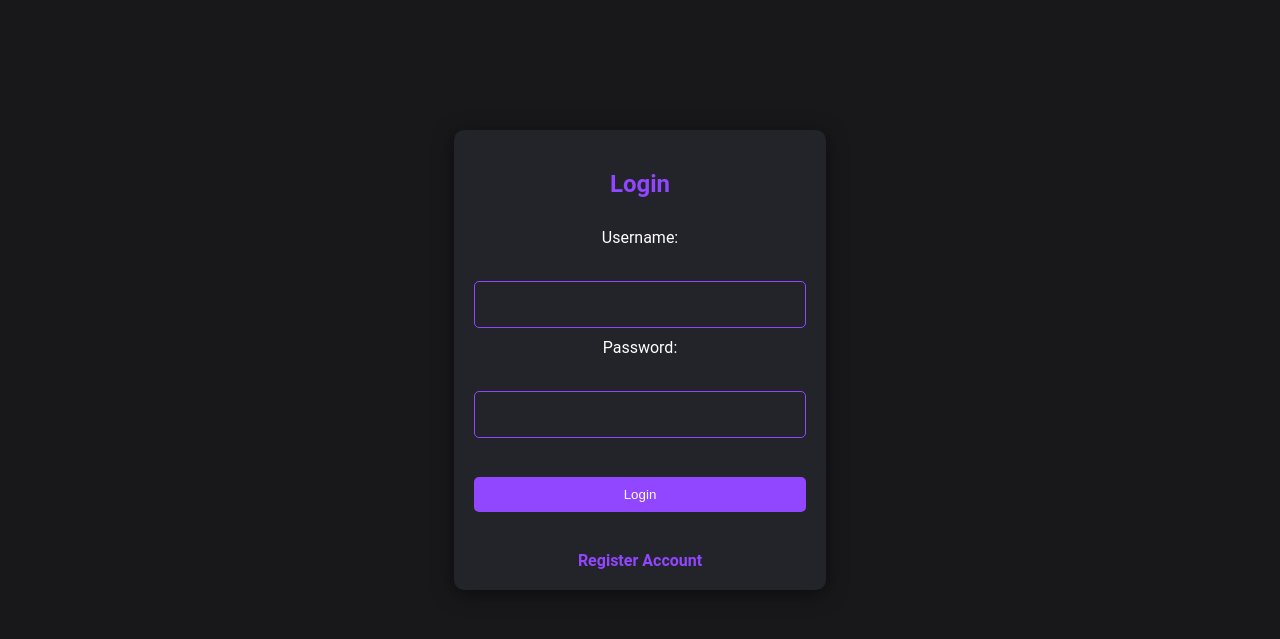
Repository: wolvicjohn/argon2
Page: http://localhost/login.php
An editor plug-in stored every save of this project. The page is shown before and after the next save, followed by the edit.
The browser window is 1280 px wide. The pictures show the whole page.
The page is run by PHP 8.4 with error messages shown; the project is at /var/www/html/.

Above is the page before, as saved 2024-10-18 02:35:21.

After the next save:
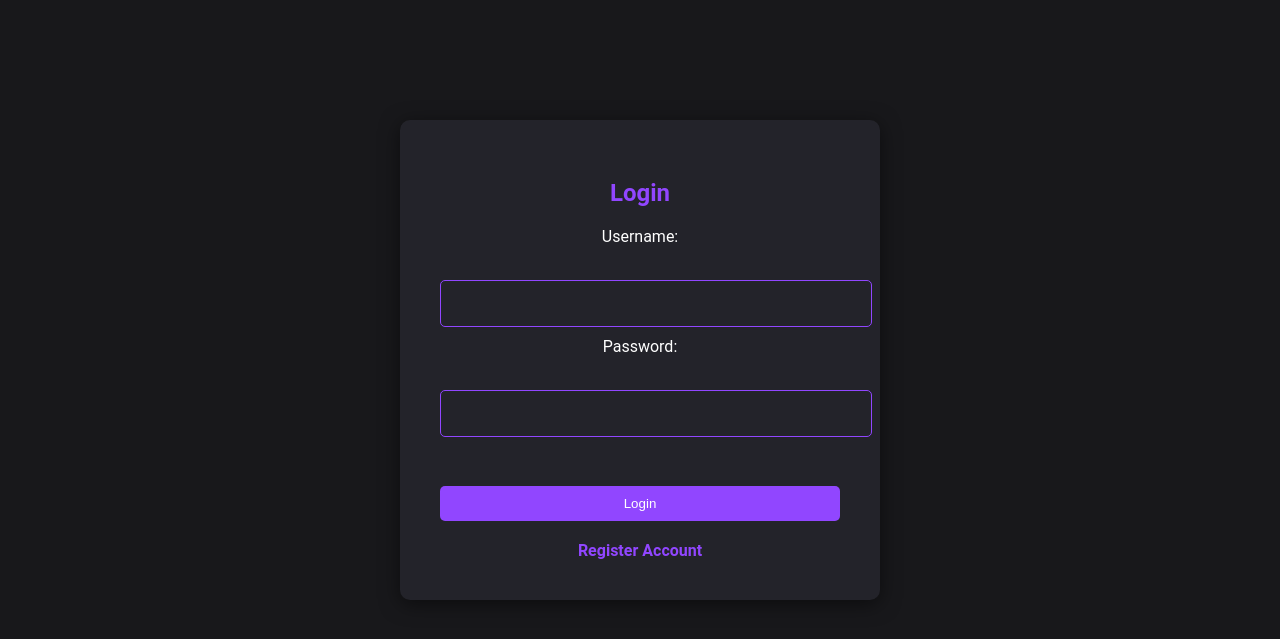
Saved 64 s later.
--- a/styles.css
+++ b/styles.css
@@ -13,15 +13,17 @@ body {
 
 .container {
     text-align: center; /* Center text inside container */
-    padding: 20px;
+    padding: 40px; /* Increased padding for better spacing */
     background-color: #23232a; /* Dark card background */
     border-radius: 10px; /* Rounded corners */
     box-shadow: 0 4px 20px rgba(0, 0, 0, 0.5); /* Subtle shadow */
+    max-width: 400px; /* Max width for better layout */
+    width: 90%; /* Responsive width */
 }
 
 h2 {
     color: #9146ff; /* Twitch purple */
-    margin-bottom: 30px;
+    margin-bottom: 20px; /* Reduced margin for better spacing */
 }
 
 label {
@@ -32,7 +34,7 @@ label {
 input {
     margin: 10px 0;
     padding: 15px;
-    width: 300px;
+    width: 100%; /* Full width for input fields */
     border: 1px solid #9146ff; /* Twitch purple border */
     border-radius: 5px;
     background-color: #23232a; /* Dark input background */
@@ -52,8 +54,7 @@ button {
     border: none;
     border-radius: 5px;
     transition: background-color 0.3s ease;
-    margin-top: 10px; /* Spacing above the button */
-    display: block; /* Centering the button */
+    margin-top: 20px; /* Spacing above the button */
     width: 100%; /* Full width button */
 }
 
@@ -64,7 +65,7 @@ button:hover {
 .password-strength {
     margin-top: 10px;
     height: 10px;
-    width: 300px;
+    width: 100%; /* Full width for strength meter */
     background-color: #444; /* Darker background for strength meter */
     border-radius: 5px;
     overflow: hidden;
@@ -72,40 +73,20 @@ button:hover {
 
 .strength-bar {
     height: 100%;
-    width: 0%;
-    transition: width 0.3s ease-in-out;
+    width: 0%; /* Default width is 0% */
+    transition: width 0.3s ease-in-out; /* Smooth transition for width */
 }
 
 .strength-weak {
-    background-color: red;
+    background-color: red; /* Red for weak */
 }
 
 .strength-medium {
-    background-color: orange;
+    background-color: orange; /* Orange for medium */
 }
 
 .strength-strong {
     background-color: #4CAF50; /* Green for strong */
-}
-
-.message {
-    margin-top: 5px;
-    font-size: 14px;
-    font-weight: bold;
-    text-align: center; /* Centered text */
-}
-
-a {
-    display: block;
-    text-align: center;
-    margin-top: 20px;
-    color: #9146ff; /* Twitch purple */
-    text-decoration: none;
-    font-weight: bold;
-}
-
-a:hover {
-    color: #7e3af2; /* Darker purple on hover */
 }
 
 .message {
@@ -129,3 +110,17 @@ a:hover {
     color: #f44336; /* Red for error */
     background-color: rgba(244, 67, 54, 0.1); /* Light red background */
 }
+
+/* Link styles */
+a {
+    display: block;
+    text-align: center;
+    margin-top: 20px;
+    color: #9146ff; /* Twitch purple */
+    text-decoration: none;
+    font-weight: bold;
+}
+
+a:hover {
+    color: #7e3af2; /* Darker purple on hover */
+}
